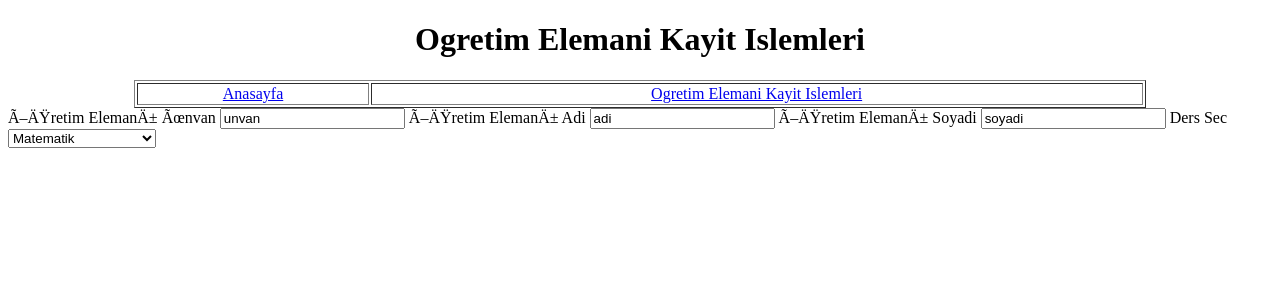
Repository: Egemen-ve-Burakhan-internet-final/final
Page: http://localhost/ogretim/ogretmen_kayit.jsp
These files come from the project's save history. The page is drawn as it stood at one moment and after a run of saves; the edit follows.
The browser window is 1280 px wide. The pictures show the whole page.
The page is served by Tomcat 9. Other server files are loaded and not shown.

Above is the page before, as saved 2020-05-25 14:22:19.

### okul/ogretim/WebContent/ogretmen_kayit.jsp
<%@ page language="java" contentType="text/html; charset=ISO-8859-1"
    pageEncoding="ISO-8859-1"%>
<!DOCTYPE html>
<html>
<head>
<meta charset="ISO-8859-1">
<title>Insert title here</title>
</head>
<body>
	<div>
		<div>
			<h1 style="text-align:center">Ogretim Elemani Kayit Islemleri</h1>
		</div>
		<div>
			<table border=1px; width="80%" align= center>
				<tr>
					<td style="text-align:center"><a href="index.jsp">Anasayfa               </a></td>
					<td style="text-align:center"><a href="ogretmen_kayit.jsp">Ogretim Elemani Kayit Islemleri</a></td>
				</tr>
			</table>
		</div>

		<div>
			<form>
		<label>Öğretim Elemanı Ünvan</label>
		<input type="text" name="unvan" value="unvan">

		<label>Öğretim Elemanı Adi</label>
		<input type="text" name="adi" value="adi">

		<label>Öğretim Elemanı Soyadi</label>
		<input type="text" name="soyadi" value="soyadi">

		<label>Ders Sec</label>
		 <select name="ders" id="ders">
		    <option value="matematik">Matematik</option>
		    <option value="turkce">Turkce</option>
		    <option value="ingilizce">Ingilizce</option>
		    <option value="tarih">Tarih</option>
		    <option value="felsefe">Felsefe</option>
		    <option value="biyoloji">Biyoloji</option>
		    <option value="fizik">Fizik</option>
		    <option value="kimya">Kimya</option>
		    <option value="internet_programciligi">Internet Programciligi</option>
		    <option value="muzik">Muzik</option>
		    <option value="beden_egitimi">Beden Eğitimi</option>
		    <option value="din_kulturu">Din Kulturu</option>
 		 </select>

	</form>
		</div>


	</div>
</body>
</html>

After the next 4 saves:
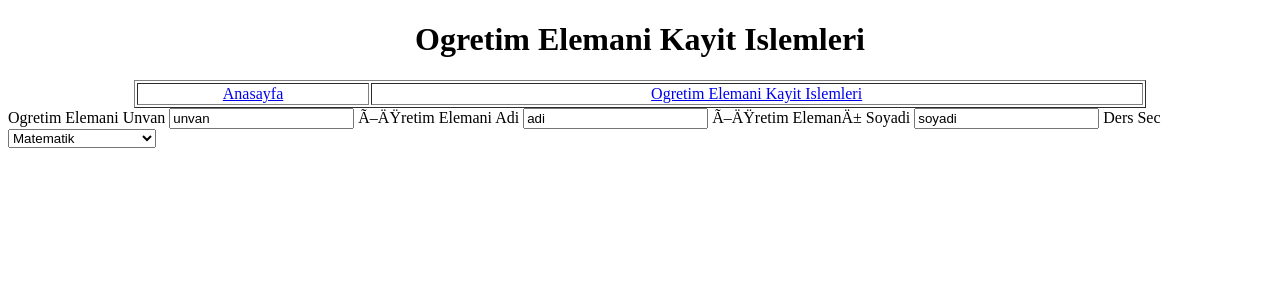
The 4 saves are shown as one change because they came seconds apart.
The last was saved 10 s later.
--- a/okul/ogretim/WebContent/ogretmen_kayit.jsp
+++ b/okul/ogretim/WebContent/ogretmen_kayit.jsp
@@ -22,10 +22,10 @@
 
 		<div>
 			<form>
-		<label>Öğretim Elemanı Ünvan</label>
+		<label>Ogretim Elemani Unvan</label>
 		<input type="text" name="unvan" value="unvan">
 
-		<label>Öğretim Elemanı Adi</label>
+		<label>Öğretim Elemani Adi</label>
 		<input type="text" name="adi" value="adi">
 
 		<label>Öğretim Elemanı Soyadi</label>
